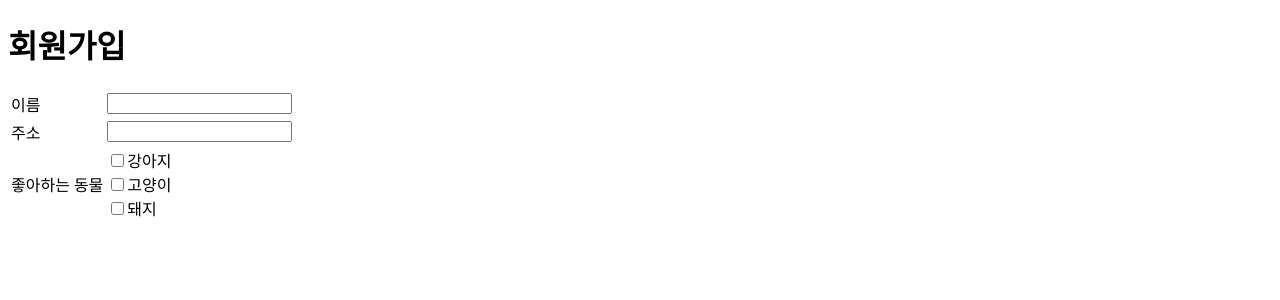
Repository: hhw9797/bitcampjn201904
Page: http://localhost/FirstWeb/request/form.jsp
These files come from the project's save history. The page is drawn as it stood at one moment and after the next save; the edit follows.
The browser window is 1280 px wide. The pictures show the whole page.
The page is served by Tomcat 9.

Above is the page before, as saved 2019-06-20 04:10:54.

After the next save:
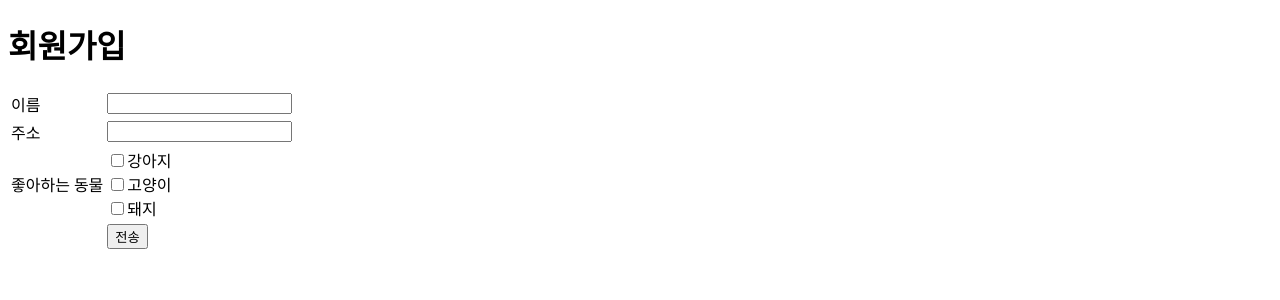
Saved 68 s later.
--- a/html/html5/jsp/FirstWeb/WebContent/request/form.jsp
+++ b/html/html5/jsp/FirstWeb/WebContent/request/form.jsp
@@ -32,6 +32,10 @@
 					<input type="checkbox" name="pet" value="pig">돼지
 				</td>
 			</tr>
+			<tr>
+				<td></td>
+				<td><input type="submit" value="전송"> </td>
+			</tr>
 		</table>
 	</form>
 </body>
